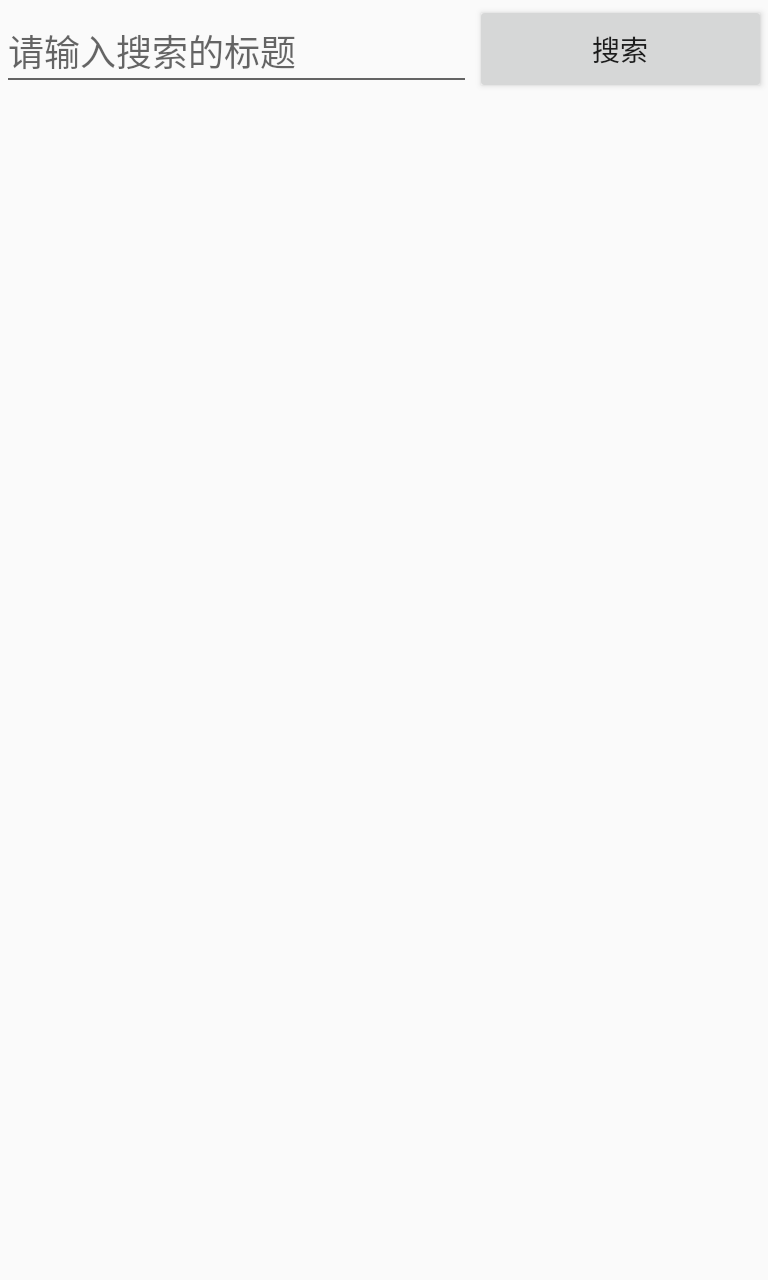
Repository: mxfpaul/Test
Layout: Note/MyNote2/res/layout/search.xml
The author's editor kept a copy of each file at every save. The layout is drawn from the files as they stood at one save, then again after the next save.
It is drawn on a 768 x 1280 px phone screen (xhdpi) without system bars, with theme AppTheme; the app's code is not run. Lists and similar views that code fills are empty.

Above is the layout before, as saved 2014-11-23 07:29:40.

### Note/MyNote2/res/layout/search.xml
<?xml version="1.0" encoding="utf-8"?>
<LinearLayout xmlns:android="http://schemas.android.com/apk/res/android"
    android:layout_width="match_parent"
    android:layout_height="match_parent"
    android:orientation="vertical" >

    <LinearLayout
        android:layout_width="match_parent"
        android:layout_height="wrap_content"
        android:orientation="horizontal"
        >
        <EditText
            android:id="@+id/search_edittext_1"
            android:layout_width="0dp"
            android:layout_height="fill_parent"
            android:layout_weight="4"
            android:hint="@string/search_edittext_text1"
            />

        <Button
            android:id="@+id/search_button_search"
            android:layout_width="wrap_content"
            android:layout_height="wrap_content"
            android:layout_weight="1"
            android:text="@string/search_button_text1"
            />

    </LinearLayout>

    <ListView
        android:id="@+id/search_listview_1"
        android:layout_width="match_parent"
        android:layout_height="fill_parent"
        ></ListView>

</LinearLayout>

### Note/MyNote2/res/values/strings.xml
<?xml version="1.0" encoding="utf-8"?>
<resources>

    <string name="app_name">MyNote2</string>
    <string name="hello_world">Hello world!</string>
    <string name="action_settings">Settings</string>
    <string name="home_button_text1">编辑</string>
    <string name="home_button_text2">新建</string>
    <string name="home_button_text3">搜索</string><string name="home_textview_text">全部笔记</string>
    <string name="new_button_text1">返回</string>
    <string name="new_button_text2">完成</string>
    <string name="new_textview_text">新笔记</string>
    <string name="new_edittext_text1">请输入标题</string><string name="new_edittext_text2">请输入内容</string><string name="view_button_text1">返回</string>
    <string name="view_button_text2">更改</string>
    <string name="view_textview_text">笔记详情</string>
    <string name="delete_button_text1">返回</string>
    <string name="delete_button_text2">删除</string>
    <string name="delete_textview_text">笔记编辑</string>

    <string name="search_edittext_text1">请输入搜索的标题</string>
    <string name="search_button_text1">搜索</string>



</resources>

Loaded but not shown: Note/MyNote2/res/values/styles.xml (common file); Note/MyNote2/res/values-v11/styles.xml (common file); Note/MyNote2/res/values-v14/styles.xml (common file)

After the next save:
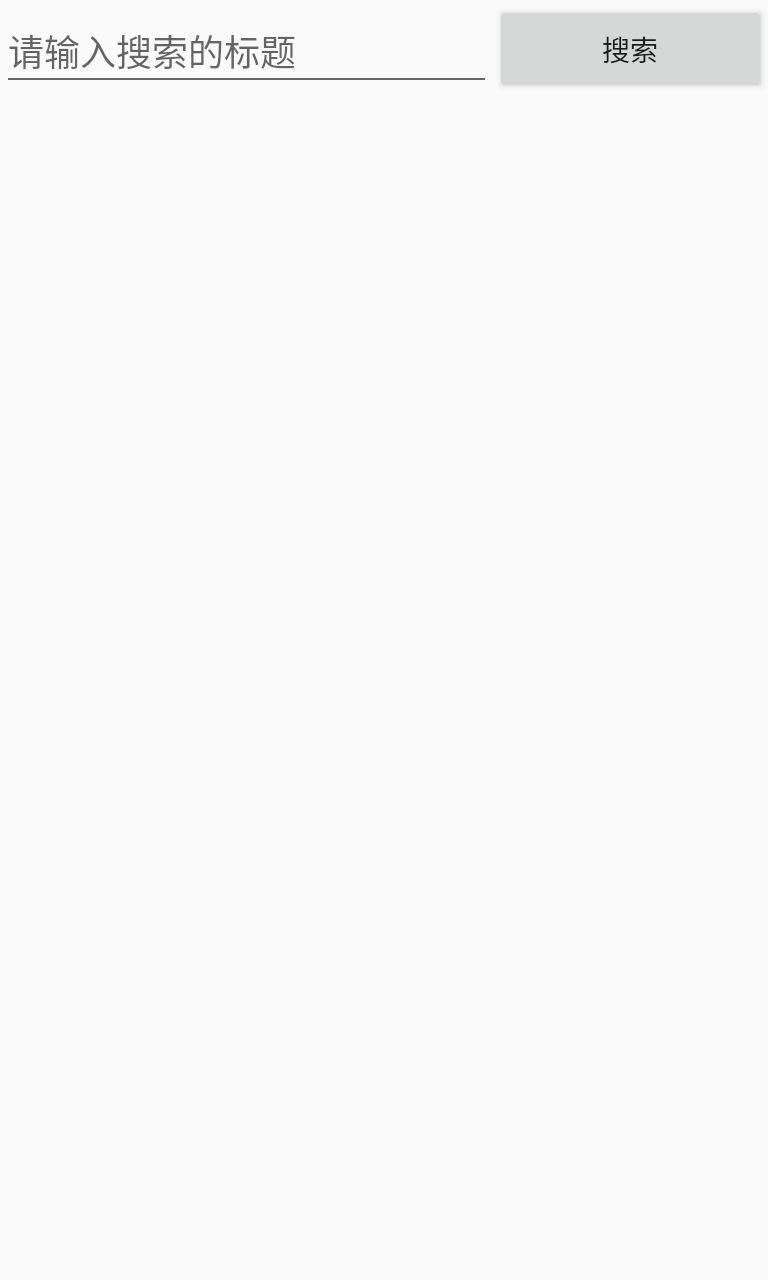
Saved 14 s later.
--- a/Note/MyNote2/res/layout/search.xml
+++ b/Note/MyNote2/res/layout/search.xml
@@ -13,7 +13,7 @@
             android:id="@+id/search_edittext_1"
             android:layout_width="0dp"
             android:layout_height="fill_parent"
-            android:layout_weight="4"
+            android:layout_weight="5"
             android:hint="@string/search_edittext_text1"
             />
 
